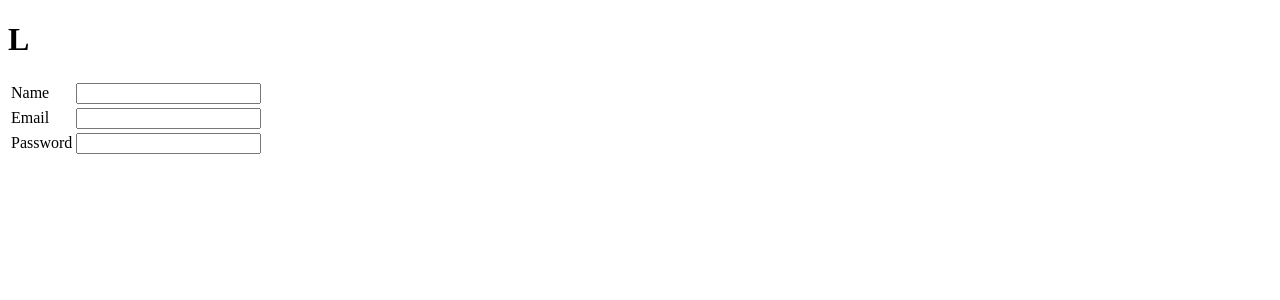
Repository: obusakthi539/Loginform
Page: Login.html
An editor plug-in stored every save of this project. The page is shown before and after the next save, followed by the edit.
The browser window is 1280 px wide. The pictures show the whole page.

Above is the page before, as saved 2025-01-10 17:32:39.

After the next save:
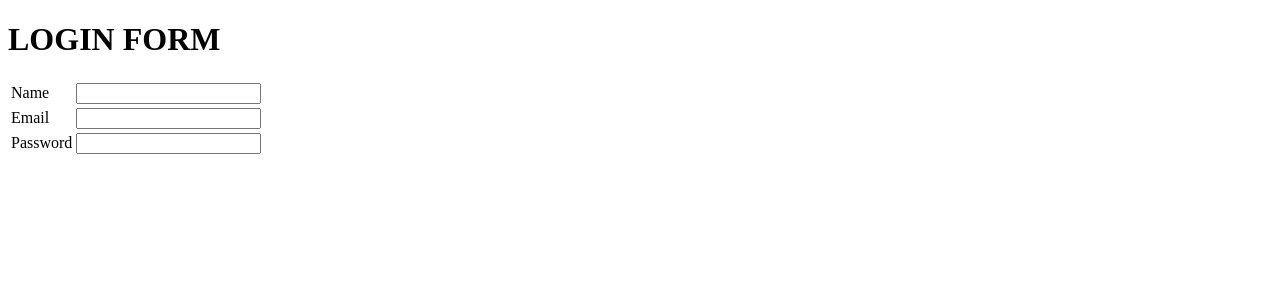
Saved 6 s later.
--- a/Login.html
+++ b/Login.html
@@ -6,7 +6,7 @@
     <title>Document</title>
 </head>
 <body>
-    <h1>L</h1>
+    <h1>LOGIN FORM</h1>
     <div>
         <form action=""></form>
         <table>
